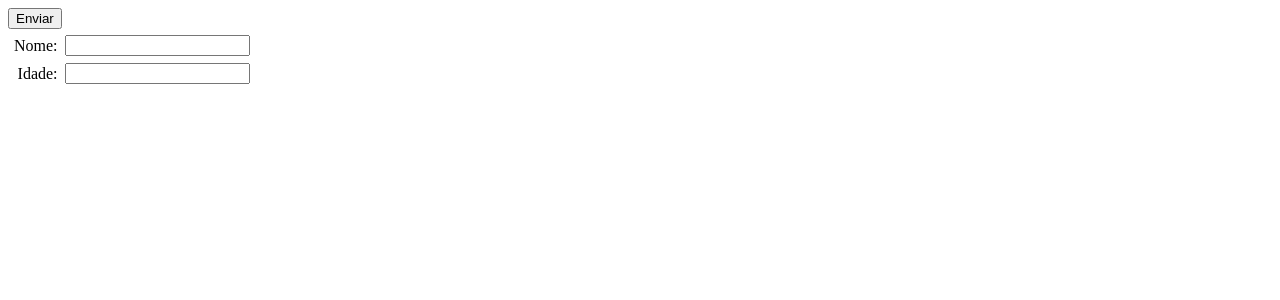
Repository: Bruno-Marian/atitivadesAulaWeb
Page: Aula/src/main/webapp/exemplo1.html
These files come from the project's save history. The page is drawn as it stood at one moment and after the next save; the edit follows.
The browser window is 1280 px wide. The pictures show the whole page.

Above is the page before, as saved 2023-10-12 00:42:27.

After the next save:
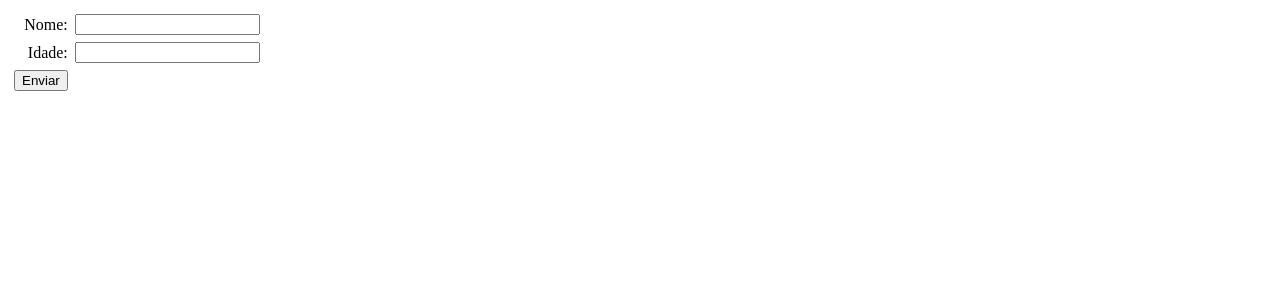
Saved 2 min 57 s later.
--- a/Aula/src/main/webapp/exemplo1.html
+++ b/Aula/src/main/webapp/exemplo1.html
@@ -18,7 +18,7 @@
                 </tr>
 
                 <tr>
-                     <button>Enviar</button>
+                     <td><button>Enviar</button></td>
                 </tr>
         </table>
 </body>
